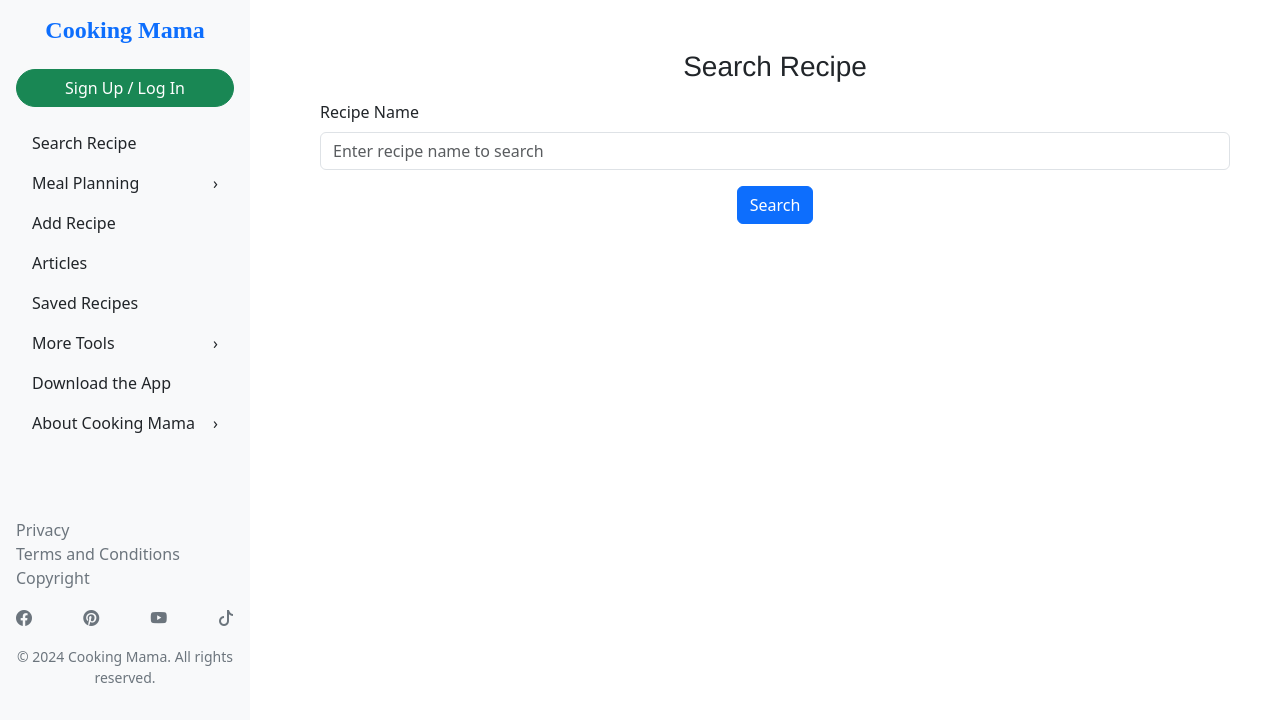
Repository: julius2510/UAS_Frontend_Kelompok10
Page: views/searchrecipe.html
An editor plug-in stored every save of this project. The page is shown before and after the next save, followed by the edit.
The browser window is 1280 px wide. The pictures show the whole page.

Above is the page before, as saved 2024-11-24 10:10:24.
Console error: TypeError: Cannot read properties of null (reading 'addEventListener')

After the next save:
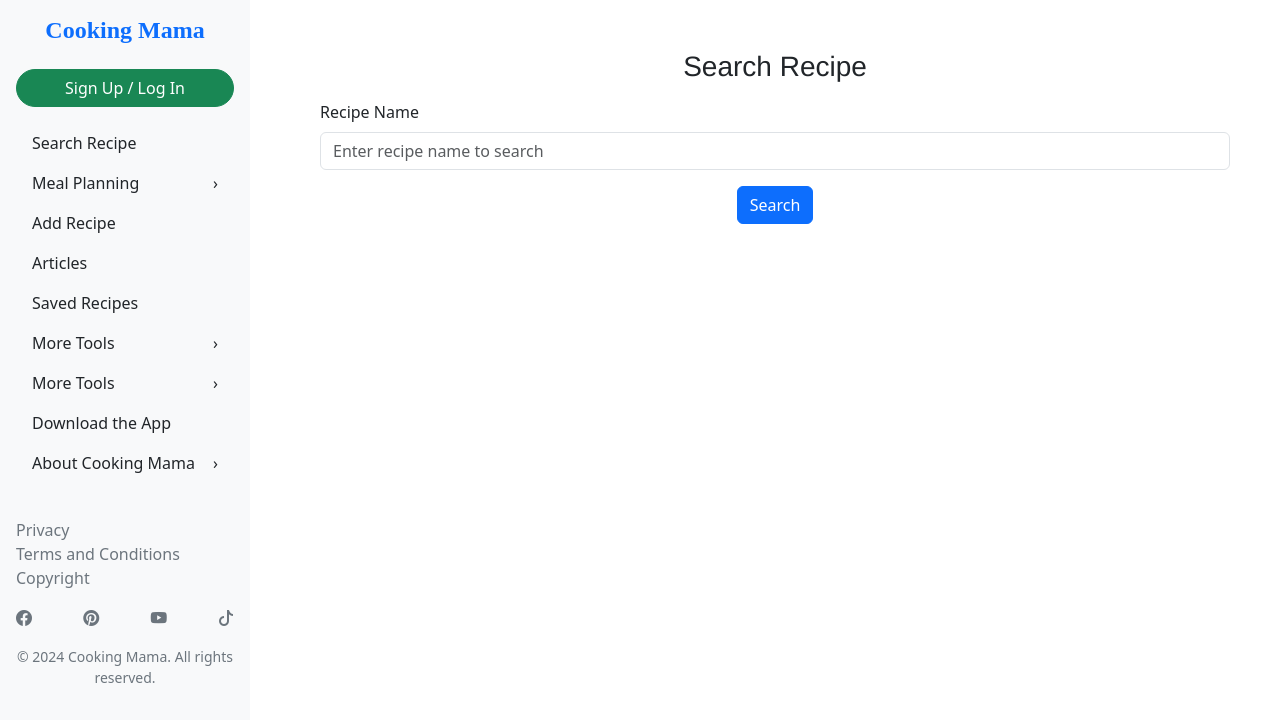
Saved 50 min 2 s later.
--- a/views/searchrecipe.html
+++ b/views/searchrecipe.html
@@ -60,6 +60,17 @@
               </ul>
             </div>
           </li>
+          <li class="nav-item">
+            <a class="nav-link text-dark" data-bs-toggle="collapse" href="#collapseTools" role="button" aria-expanded="false" aria-controls="collapseTools">
+              More Tools <span class="float-end">&rsaquo;</span>
+            </a>
+            <div class="collapse" id="collapseTools">
+              <ul class="list-unstyled ps-3">
+                <li><a href="#" class="nav-link text-secondary">Cooking Timer</a></li>
+                <li><a href="#" class="nav-link text-secondary">Measurement Converter</a></li>
+              </ul>
+            </div>
+          </li>
           <!-- Download the App -->
           <li class="nav-item">
             <a href="#" class="nav-link text-dark">Download the App <span class="float-end"></span></a>
